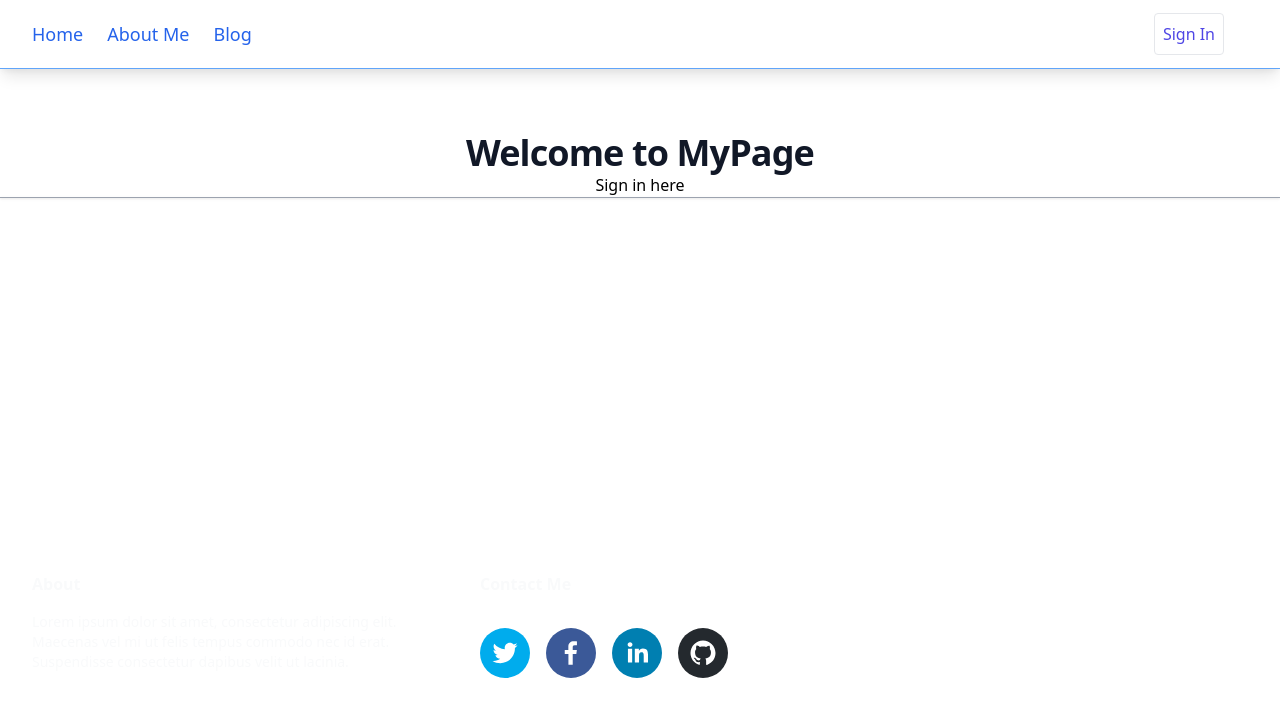
Repository: rushilramesh/portfolio-page
Page: /
An editor plug-in stored every save of this project. The page is shown before and after the next save, followed by the edit.
The browser window is 1280 px wide. The pictures show the whole page.
The project was rebuilt for these pictures with package versions that can differ from the ones it lists, and the page was loaded fresh each time. The framework's server and built-in components were replaced by stand-ins that run in the browser. Also part of the build but not shown: next.config.js.

Above is the page before, as saved 2021-05-21 02:47:30.

### pages/_app.tsx
import '../styles/globals.css'


function MyApp({ Component, pageProps }) {
  let loggedIn: boolean = false;

  return (

    <Component {...pageProps} />

  )

}

export default MyApp

### pages/index.tsx
import Head from 'next/head'
import Image from 'next/image'
import Link from 'next/link'
import Layout from '../components/Layout'
import utilStyles from '../styles/utils.module.css'

export default function Home() {
  return (
    <Layout>
      <Head>
        <title>Personal Portfolio</title>
      </Head>
      <div className="container mx-auto mt-16 text-center bg-white border-gray-100" >

        <h1 className="text-4xl tracking-tight font-extrabold text-gray-900">Welcome to MyPage</h1>
        <Link href='/login'>
          <a className="mt-4">Sign in here</a>
        </Link>
      </div>
    </Layout>

  )
}

### components/Layout.tsx
import Nav from './Nav'
import Footer from './Footer'
import utilStyles from '../styles/utils.module.css'
import Link from 'next/link'
import { SocialIcon } from 'react-social-icons';

const Layout = ({children, loggedIn} : {children: React.ReactNode, loggedIn?: boolean}) => {
    return (
        <div className="flex flex-col width-screen h-screen">
        <Nav />
        <div className="container mx-auto text-center">
            <main>{children}</main>
        </div>
        <footer className="bg-black border-t border-gray-400 shadow mb-16 text-gray-50 h-100" >
            <div style={{ position: "absolute", bottom: 0, width:"100%" }} className="container max-w-4xl mx-auto flex py-8 space-y-4ß">
                <div className="flex w-full md:w-1/2 ">
                    <div className="px-8">
                        <h3 className="font-bold text-gray-50">About</h3>
                        <p className="py-4 text-gray-50 text-sm">
                            Lorem ipsum dolor sit amet, consectetur adipiscing elit. Maecenas vel mi ut felis tempus commodo nec id erat. Suspendisse consectetur dapibus velit ut lacinia.
                        </p>
                    </div>
				</div>

                <div className="flex w-full md:w-1/2 ">
					<div className="px-8">
						<h3 className="font-bold text-gray-50">Contact Me</h3>
						<div className="container justify-center inline-flex mt-8 space-x-4">
                            <a href='https://twitter.com/?lang=en'><SocialIcon network="twitter" /></a>
                            <a href='https://www.facebook.com/'><SocialIcon network="facebook" /></a>
                            <a href='https://www.linkedin.com/in/rushil-ramesh-2a8404209/'><SocialIcon network="linkedin" /></a>
                            <a href='https://github.com/rushilramesh'><SocialIcon network="github" /></a>
                        </div>
					</div>
				</div>
            </div>
        </footer>
        </div>
    )
}

export default Layout;

### components/Nav.tsx
/* This example requires Tailwind CSS v2.0+ */
import Link from 'next/link'

const navs = [
   {name: 'Home', href: '/'},
   {name: 'About Me', href: './about'},
   {name: 'Blog', href: './blog'}
]


export default function Nav({loggedIn} : {loggedIn?: boolean}) {

  return (
    <nav id="header" className="w-full z-30 top-10 py-1 bg-white shadow-lg border-b border-blue-400 mt-15">
      <div className="w-full flex items-center justify-between mt-0 px-6 py-2">
       <label  className="cursor-pointer md:hidden block">
          <svg className="fill-current text-blue-600" xmlns="http://www.w3.org/2000/svg" width="20" height="20" viewBox="0 0 20 20">
             <title>menu</title>
             <path d="M0 3h20v2H0V3zm0 6h20v2H0V9zm0 6h20v2H0v-2z"></path>
          </svg>
       </label>
       <input className="hidden" type="checkbox" id="menu-toggle"/>

       <div className="hidden md:flex md:items-center md:w-auto w-full order-3 md:order-1" id="menu">
          <nav>
             <ul className="md:flex items-center justify-between text-base text-blue-600 pt-4 md:pt-0">
                {navs.map((item) => (
                <li key={item.name} >
                  <Link href={item.href}>
                     <a className="inline-block no-underline hover:text-black font-medium text-lg py-2 px-4 lg:-ml-2" >{item.name}</a>
                  </Link>
                </li>))}
             </ul>
          </nav>
       </div>

       <div className="order-2 md:order-3 flex flex-wrap items-center justify-end mr-0 md:mr-4" id="nav-content">
          <div className="auth flex items-center w-full md:w-full">
             <button className="bg-white text-indigo-600  p-2 rounded border mr-4 hover:bg-gray-100 hover:text-indigo-700">
               { !loggedIn ? (
                  <Link href="./login">
                     <a>Sign In</a>
                  </Link>) : (
                     <Link href="/">
                        <a>Sign Out</a>
                     </Link>
                  )
               }
             </button>
          </div>
       </div>
      </div>
    </nav>
  )
}

### tailwind.config.js
module.exports = {

  purge: ['./pages/**/*.{js,ts,jsx,tsx}', './components/**/*.{js,ts,jsx,tsx}'],
  darkMode: false, // or 'media' or 'class'
  theme: {
    extend: {
      backgroundImage: theme => ({
        'main-background': "url('/images/background-photo.jpeg')",
      })
    },
  },
  variants: {
    extend: {
      justifyItems: ['hover', 'focus'],
    },
  },
  plugins: [],
}

Loaded but not shown: styles/globals.css (common file)

After the next save:
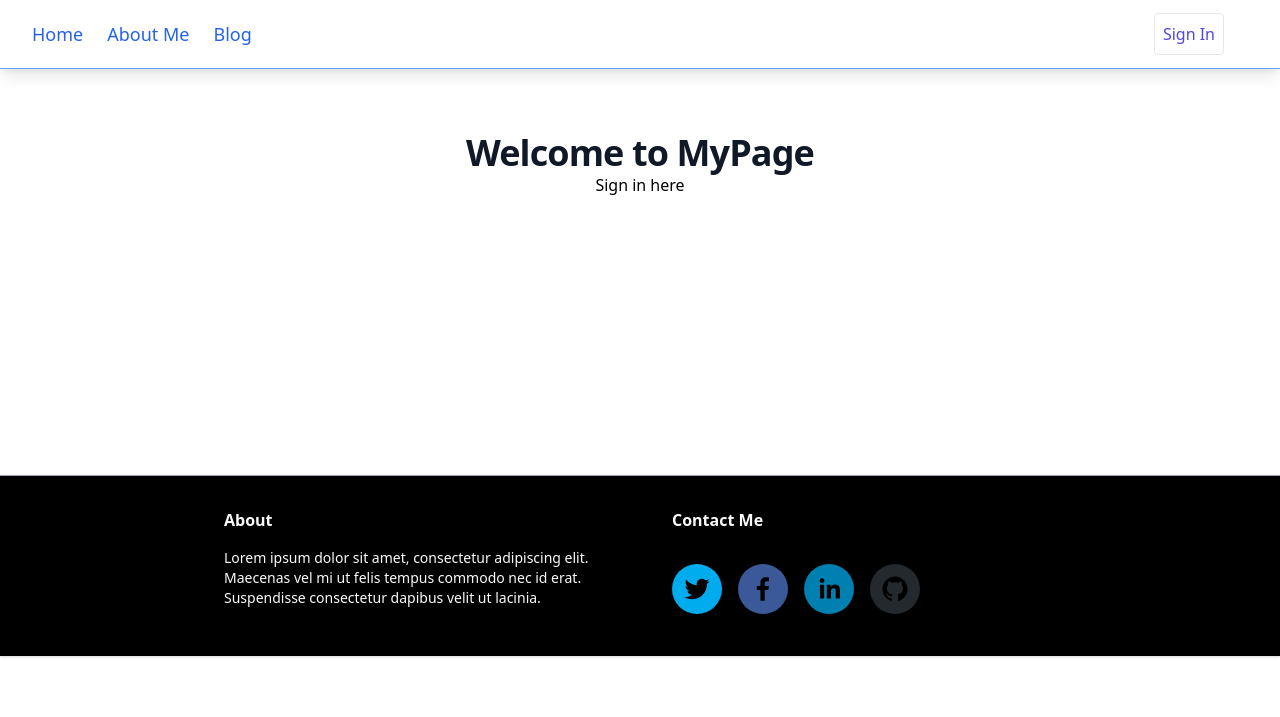
Saved 18 s later.
--- a/components/Layout.tsx
+++ b/components/Layout.tsx
@@ -11,8 +11,8 @@ const Layout = ({children, loggedIn} : {children: React.ReactNode, loggedIn?: bo
         <div className="container mx-auto text-center">
             <main>{children}</main>
         </div>
-        <footer className="bg-black border-t border-gray-400 shadow mb-16 text-gray-50 h-100" >
-            <div style={{ position: "absolute", bottom: 0, width:"100%" }} className="container max-w-4xl mx-auto flex py-8 space-y-4ß">
+        <footer style={{ position: "absolute", bottom: 0, width:"100%" }} className="bg-black border-t border-gray-400 shadow mb-16 text-gray-50 h-100" >
+            <div className="container max-w-4xl mx-auto flex py-8 space-y-4ß">
                 <div className="flex w-full md:w-1/2 ">
                     <div className="px-8">
                         <h3 className="font-bold text-gray-50">About</h3>
